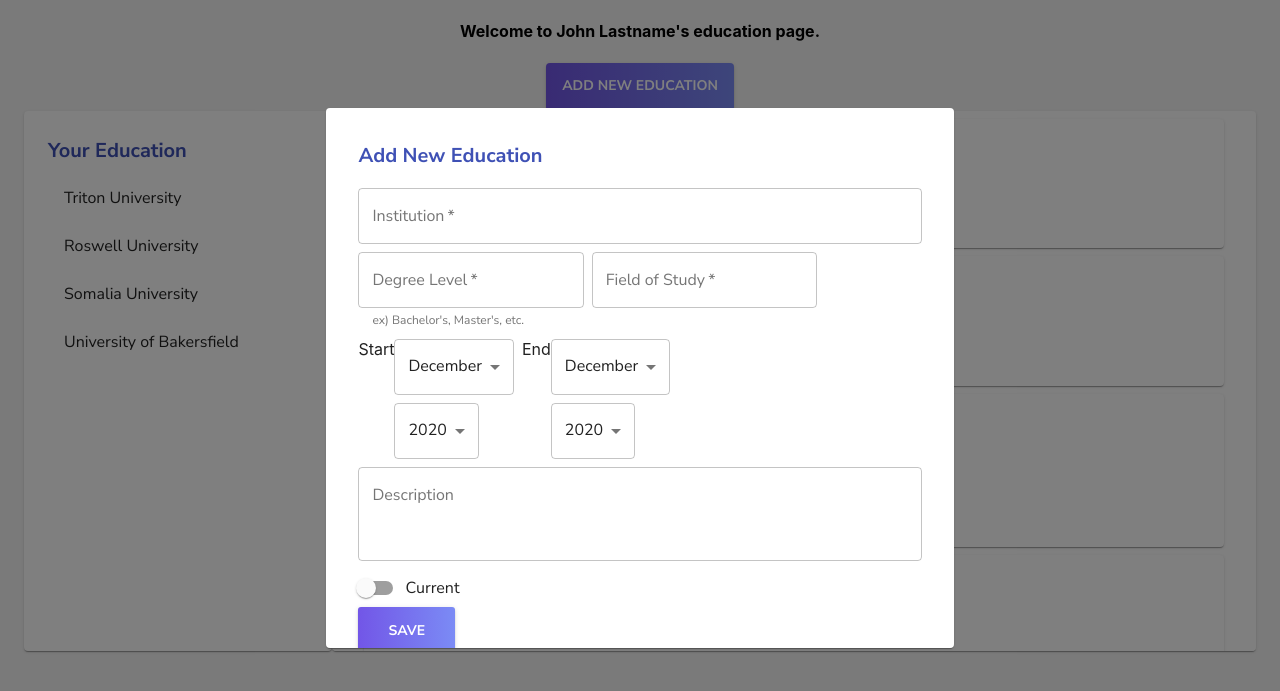
Repository: noellered/Showwcase-React-Challenge
Page: / (app in showwcase-education-react/), after clicking the first element matching `button.MuiButtonBase-root`
An editor plug-in stored every save of this project. The page is shown before and after the next save, followed by the edit.
The browser window is 1280 px wide. The pictures show the whole page.
The page's requests for data from a server got no answer. An inner scrolling area shows only its first screen. The project was rebuilt for these pictures with package versions that can differ from the ones it lists, and the page was loaded fresh each time. No one was signed in, and anything a server would have sent is missing. Also part of the build but not shown: showwcase-education-react/src/components/Home.tsx.

Above is the page before, as saved 2020-12-17 18:08:30.

### showwcase-education-react/public/index.html
<!DOCTYPE html>
<html lang="en">
  <head>
    <meta charset="utf-8" />
    <link rel="icon" href="%PUBLIC_URL%/favicon.ico" />
    <link rel="preconnect" href="https://fonts.gstatic.com">
    <link href="https://fonts.googleapis.com/css2?family=Nunito+Sans:ital,wght@0,400;0,700;1,400&display=swap" rel="stylesheet">


    <meta name="viewport" content="width=device-width, initial-scale=1" />
    <meta name="theme-color" content="#000000" />
    <meta
      name="description"
      content="Web site created using create-react-app"
    />
    <link rel="apple-touch-icon" href="%PUBLIC_URL%/logo192.png" />
    <!--
      manifest.json provides metadata used when your web app is installed on a
      user's mobile device or desktop. See https://developers.google.com/web/fundamentals/web-app-manifest/
    -->
    <link rel="manifest" href="%PUBLIC_URL%/manifest.json" />
    <!--
      Notice the use of %PUBLIC_URL% in the tags above.
      It will be replaced with the URL of the `public` folder during the build.
      Only files inside the `public` folder can be referenced from the HTML.

      Unlike "/favicon.ico" or "favicon.ico", "%PUBLIC_URL%/favicon.ico" will
      work correctly both with client-side routing and a non-root public URL.
      Learn how to configure a non-root public URL by running `npm run build`.
    -->
    <title>React App</title>
  </head>
  <body>
    <noscript>You need to enable JavaScript to run this app.</noscript>
    <div id="root"></div>
    <!--
      This HTML file is a template.
      If you open it directly in the browser, you will see an empty page.

      You can add webfonts, meta tags, or analytics to this file.
      The build step will place the bundled scripts into the <body> tag.

      To begin the development, run `npm start` or `yarn start`.
      To create a production bundle, use `npm run build` or `yarn build`.
    -->
  </body>
</html>

### showwcase-education-react/src/index.css
body {
  margin: 0;
  background: #F5F5F5;
  font-family: -apple-system, BlinkMacSystemFont, 'Segoe UI', 'Roboto', 'Oxygen',
    'Ubuntu', 'Cantarell', 'Fira Sans', 'Droid Sans', 'Helvetica Neue',
    sans-serif;
  -webkit-font-smoothing: antialiased;
  -moz-osx-font-smoothing: grayscale;
}

code {
  font-family: source-code-pro, Menlo, Monaco, Consolas, 'Courier New',
    monospace;
}

### showwcase-education-react/src/App.tsx
import React, {useState} from 'react';
import Home from './components/Home';
import Main from './components/Main';
import { MuiThemeProvider, createMuiTheme } from '@material-ui/core/styles';
import './App.css';

function App() {
  const theme = createMuiTheme({
    typography: {
        fontFamily: [
            'Nunito Sans',
            'sans-serif'
        ].join(','),
        h6: {
          fontWeight: 600
        },
        body1: {
          fontWeight: 400
        },
        subtitle1: {
          fontStyle: 'italic'
        },
        button: {
          fontWeight: 600
        }
    },
  })
  const [name, setName] = useState('John Lastname')

  return (
    <MuiThemeProvider theme={theme}>
      <div className="App">
        { name ? <Main name={name} /> : <Home setName={setName} /> }
      </div>
    </MuiThemeProvider>

  );
}

export default App;

### showwcase-education-react/src/components/Main.tsx
import React, {FunctionComponent, useState} from 'react';
import EducationSidebar from './education/EducationSidebar';
import EducationList from './education/EducationList';
import EducationModalContent from './education/EducationModalContent';
import Modal from '@material-ui/core/Modal';
import Backdrop from '@material-ui/core/Backdrop';
import Fade from '@material-ui/core/Fade';
import Paper from '@material-ui/core/Paper';
import Grid from '@material-ui/core/Grid';
import Container from '@material-ui/core/Container';
import Button from '@material-ui/core/Button';
import { pageStyles } from './pageStyles';

const Main:FunctionComponent<{name: string}> = ({name}) => {
    const classes = pageStyles();
    const [open, setOpen] = useState<boolean>(false);
    const [education, setEducation] = useState<object[]>([
        {
            degree: "MFA.",
            description: "",
            end: {month: 11, year: 2020},
            fieldOfStudy: "Being Cool",
            institution: "Triton University",
            start: {month: 11, year: 2020}
        },
        {
            degree: "M.Sc.",
            description: "",
            end: {month: 11, year: 2020},
            fieldOfStudy: "Biology of Aliens",
            institution: "Roswell University",
            start: {month: 11, year: 2020}
        },
        {
            degree: "B.S.",
            description: "I learned things, and stuff. Then I learned how to be a pirate. Arrrr, matey.",
            end: {month: 11, year: 2020},
            fieldOfStudy: "Pirate Studies",
            institution: "Somalia University",
            start: {month: 11, year: 2020}
        },
        {
            degree: "B.A.",
            description: "",
            end: {month: 11, year: 2020},
            fieldOfStudy: "Home Economics",
            institution: "University of Bakersfield",
            start: {month: 11, year: 2020}
        },
    ]);


    //Modal handlers

    const handleOpen = () => {
        setOpen(true);
    }

    const handleClose = () => {
        setOpen(false);
    }

    const handleEducationUpdate = (newEducation) => {
        setEducation(education => [newEducation, ...education]) //prepend new education item to education list
        handleClose();
    }

    return(
        <Container>
            <h4>Welcome to {name}'s education page.</h4>
            <Button
                className={classes.button}
                variant="contained"
                color="primary"
                type="button"
                onClick={handleOpen}
                >
                Add New Education
            </Button>
            <Grid container className={classes.container}>
                <Grid item xs={12} lg={3}>
                    <Paper className={classes.paper}>
                        <EducationSidebar list={education}/>
                    </Paper>
                </Grid>
                <Grid item xs={12} lg={9}>
                    <Paper className={classes.paper}>
                        <EducationList list={education}/>
                    </Paper>
                </Grid>
            </Grid>
            <Modal
                className={classes.modal}
                aria-labelledby="add-education"
                aria-describedby="add-education-modal"
                open={open}
                onClose={handleClose}
                closeAfterTransition
                BackdropComponent={Backdrop}
                BackdropProps={{
                timeout: 300,
                }}>
                <Fade in={open}>
                    <Paper className={`${classes.modal} ${classes.paper}`}>
                        <EducationModalContent handleUpdate={handleEducationUpdate}/>
                    </Paper>
                </Fade>
            </Modal>
        </Container>
    )
}

export default Main;

### showwcase-education-react/src/components/pageStyles.tsx
import { makeStyles } from '@material-ui/core/styles';

export const pageStyles = makeStyles({
    modal: {
        maxWidth: '70%',
        margin: 'auto',
        height: '70vh'
    },
    button: {
        backgroundImage: 'linear-gradient(90deg, rgba(114,86,231,1) 0%, rgba(123,139,245,1) 100%)',
        borderColor: '#0063cc',
        borderRadius: 3,
        color: 'white',
        height: 48,
        padding: '0 30px',
        '&:hover': {
            backgroundImage: 'linear-gradient(90deg, rgba(81,53,196,1) 0%, rgba(91,110,238,1) 100%)',
            borderColor: '#0062cc',
          },
    },
    container: {
        display: 'flex',
        justifyContent: 'space-between'
    },
    paper: {
        height: '75vh',
        overflow: 'auto',
        "&:focus": {
            outline: "none"
          }
    },
    sideBar: {
        marginRight: '2rem',
    }
})

### showwcase-education-react/src/components/education/EducationSidebar.tsx
import React, { FunctionComponent } from 'react';
import List from '@material-ui/core/List';
import ListItem from '@material-ui/core/ListItem';
import ListItemText from '@material-ui/core/ListItemText';
import Typography from '@material-ui/core/Typography';
import { useStyles } from './styles'

const EducationSidebar:FunctionComponent<{list: object[]}> = ({ list }) => {
    const classes = useStyles();
    return(
        <List className={classes.list}>
            <Typography variant="h6" color="primary" align="justify" gutterBottom>Your Education</Typography>
            { list.length > 0 ? list.map((item) =>
            <div>
                <ListItem className={classes.listItem} button>
                    <ListItemText >{item['institution']}</ListItemText>
                </ListItem>
            </div>
            )
            : <div>No education to display</div> }
        </List>
    )
}
export default EducationSidebar;

### showwcase-education-react/src/components/education/EducationList.tsx
import React, { FunctionComponent } from 'react';
import Card from '@material-ui/core/Card';
import { useStyles } from './styles';
import Typography from '@material-ui/core/Typography';
import Container from '@material-ui/core/Container';

const EducationList:FunctionComponent<{list: object[]}> = ({ list }) => {
    const classes = useStyles();
    return(
        <Container>
            { list.length > 0 ? list.map((item) =>
            <Card className={classes.educationCard}>
                <Typography align="justify" variant="h6" color="textPrimary">
                    {item['degree']} {item['fieldOfStudy']} @ {item['institution']}
                </Typography>
                <Typography variant="subtitle1" align="justify" color="textSecondary" gutterBottom>
                January {item['start']['year']} - December {item['end']['year']}
                </Typography>
                <Typography variant="body1" align="justify">
                    {item['description']}
                </Typography>
            </Card>) : <div>Nothing to display</div> }
        </Container>
    )
}
export default EducationList;

### showwcase-education-react/src/components/education/EducationModalContent.tsx
import React, { FunctionComponent, useEffect, useState } from 'react';
import Autocomplete, { AutocompleteRenderGroupParams } from '@material-ui/lab/Autocomplete';
import TextField from '@material-ui/core/TextField';
import Button from '@material-ui/core/Button';
import ListSubheader from '@material-ui/core/ListSubheader';
import { useTheme } from '@material-ui/core/styles';
import useMediaQuery from '@material-ui/core/useMediaQuery';
import Typography from '@material-ui/core/Typography';
import { VariableSizeList, ListChildComponentProps } from 'react-window';
import MonthPicker from '../pickers/MonthPicker';
import YearPicker from '../pickers/YearPicker';
import { useStyles } from './styles';
import Switch from '@material-ui/core/Switch';
import FormControlLabel from '@material-ui/core/FormControlLabel';


//Virtualize institution list for more efficient rendering performance

const LISTBOX_PADDING = 8; // px

function renderRow(props: ListChildComponentProps) {
  const { data, index, style } = props;
  return React.cloneElement(data[index], {
    style: {
      ...style,
      top: (style.top as number) + LISTBOX_PADDING,
    },
  });
}

const OuterElementContext = React.createContext({});

const OuterElementType = React.forwardRef<HTMLDivElement>((props, ref) => {
  const outerProps = React.useContext(OuterElementContext);
  return <div ref={ref} {...props} {...outerProps} />;
});

function useResetCache(data: any) {
    const ref = React.useRef<VariableSizeList>(null);
    React.useEffect(() => {
      if (ref.current != null) {
        ref.current.resetAfterIndex(0, true);
      }
    }, [data]);
    return ref;
  }


  // React-window adapter
  const ListboxComponent = React.forwardRef<HTMLDivElement>(function ListboxComponent(props, ref) {
    const { children, ...other } = props;
    const theme = useTheme();
    const itemData = React.Children.toArray(children);
    const smUp = useMediaQuery(theme.breakpoints.up('sm'), { noSsr: true });
    const itemCount = itemData.length;
    const itemSize = smUp ? 36 : 48;

    const getChildSize = (child: React.ReactNode) => {
      if (React.isValidElement(child) && child.type === ListSubheader) {
        return 48;
      }

      return itemSize;
    };

    const getHeight = () => {
      if (itemCount > 8) {
        return 8 * itemSize;
      }
      return itemData.map(getChildSize).reduce((a, b) => a + b, 0);
    };

    const gridRef = useResetCache(itemCount);

    return (
      <div ref={ref}>
        <OuterElementContext.Provider value={other}>
          <VariableSizeList
            itemData={itemData}
            height={getHeight() + 2 * LISTBOX_PADDING}
            width="100%"
            ref={gridRef}
            outerElementType={OuterElementType}
            innerElementType="ul"
            itemSize={(index) => getChildSize(itemData[index])}
            overscanCount={5}
            itemCount={itemCount}
          >
            {renderRow}
          </VariableSizeList>
        </OuterElementContext.Provider>
      </div>
    );
  });



//Add Education Modal Content
const EducationModalContent:FunctionComponent<{handleUpdate: any}>= ({ handleUpdate }) => {
    const classes = useStyles();
    const [institutionList, setInstitutionList] = useState<string[]>([]);
    const [institution, setInstitution] = useState<string>('');
    const [degree, setDegree] = useState<string>('');
    const [description, setDescription] = useState<string>('');
    const [fieldOfStudy, setFieldOfStudy] = useState<string>('');
    const [current, setCurrent] = useState<boolean>(false)
    const [start, setStart] = useState<{month: number, year: number}>({
        month: new Date().getMonth(),
        year: new Date().getFullYear()
    });
    const [end, setEnd] = useState({
        month: new Date().getMonth(),
        year: new Date().getFullYear()
    });



    const getInstitutions = () => {
        fetch(`http://universities.hipolabs.com/search`)
        .then((res: any) => res.json()
        .then((JSON) => setInstitutionList(JSON.map((item)=>item['name']))));
    }

    // Get institutions list on component mount
    useEffect( () => {
        getInstitutions()
    }, []);

    //Render group for visualized autocomplete component
    const renderGroup = (params: AutocompleteRenderGroupParams) => [
        <ListSubheader key={params.key} component="div">
          {params.group}
        </ListSubheader>,
        params.children,
    ];

    //Handle form submit
    const handleSubmit = (e: any) => {
        e.preventDefault();
        const newEducation = { institution, fieldOfStudy, degree, start, end, description, current }
        return handleUpdate(newEducation);
    }

    //Handle institution change for autocomplete component
    const handleInputChange = (e: React.ChangeEvent<{}>, value: string) => {
        setInstitution(value)
    }

    const handleSwitch = (e: React.ChangeEvent<HTMLInputElement>) => {
      setCurrent(e.target.checked);
    }



    return(
        <div className={classes.modalContent}>
            <Typography variant="h6" color="primary">Add New Education</Typography>
            <form onSubmit={handleSubmit}>
                <Autocomplete
                id="institutions-list"
                options={institutionList}
                freeSolo
                renderGroup={renderGroup}
                renderInput={(params)=>(
                    <TextField {...params} label="Institution" margin="normal" variant="outlined" required/>
                )}
                renderOption={(option) => <p>{option}</p>}
                ListboxComponent={ListboxComponent as React.ComponentType<React.HTMLAttributes<HTMLElement>>}
                disableListWrap
                autoSelect={true}
                onInputChange={handleInputChange}
                />
                <div className={classes.inputGroup}>
                  <TextField className={`${classes.input} ${classes.mr}`} label="Degree Level" helperText="ex) Bachelor's, Master's, etc." variant="outlined" onChange={(e)=> setDegree(e.target.value)} required/>
                  <TextField className={classes.input} label="Field of Study" variant="outlined" onChange={(e)=> setFieldOfStudy(e.target.value)} required/>
                </div>
                <div className={classes.inputGroup}>
                    <span className={classes.label}>Start</span>
                    <div>
                        <MonthPicker className={`${classes.input} ${classes.mr}`} id="startMonth" onChange={(e)=> setStart({...start, month: e.target.value})}/>
                        <YearPicker className={`${classes.input} ${classes.mr}`} id="startYear" onChange={(e)=> setStart({...start, year: e.target.value})}/>
                    </div>
                    <span className={classes.label}>End</span>
                    <div>
                        <MonthPicker className={`${classes.input} ${classes.mr}`} id="endMonth" onChange={(e)=> setEnd({...end, month: e.target.value})}/>
                        <YearPicker className={`${classes.input} ${classes.mr}`} id="endYear" onChange={(e)=> setEnd({...end, year: e.target.value})}/>
                    </div>
                </div>
                <TextField className={classes.input} multiline fullWidth rows={3} variant="outlined" label="Description" onChange={(e)=> setDescription(e.target.value)}/>

                <div className={classes.inputGroup}>
                <FormControlLabel
                      control={<Switch checked={current} onChange={handleSwitch} name="current" color="secondary"/>}
                      label="Current"
                />
                </div>

                <Button variant="contained" className={classes.button} color="primary" type="submit" >Save</Button>
            </form>
        </div>
    )
}
export default EducationModalContent;

### showwcase-education-react/src/components/education/styles.tsx
import { makeStyles } from '@material-ui/core/styles';

export const useStyles = makeStyles({
    button: {
        backgroundImage: 'linear-gradient(90deg, rgba(114,86,231,1) 0%, rgba(123,139,245,1) 100%)',
        borderColor: '#0063cc',
        borderRadius: 3,
        color: 'white',
        height: 48,
        padding: '0 30px',
        '&:hover': {
            backgroundImage: 'linear-gradient(90deg, rgba(81,53,196,1) 0%, rgba(91,110,238,1) 100%)',
            borderColor: '#0062cc',
          },
    },
    label: {
        display: 'block'
    },
    educationCard: {
        padding: '2rem',
        margin: '.5rem'
    },
    list: {
        padding: '1.5rem',
    },

    modalContent: {
        padding: '2rem',
    },
    listItem: {
        '&:active': {
            fontWeight: 600,
        }
    },
    input: {
        minWidth: '40%',
        marginBottom: '.5rem'
    },
    inputGroup: {
        display: 'flex',
        flexDirection: 'row',
        minWidth: '100%'
    },
    mr: {
        marginRight: '.5rem'
    }
})

### showwcase-education-react/src/components/pickers/MonthPicker.tsx
import React, { FunctionComponent, useState } from 'react';
import InputLabel from '@material-ui/core/InputLabel';
import MenuItem from '@material-ui/core/MenuItem';
import FormControl from '@material-ui/core/FormControl';
import TextField from '@material-ui/core/TextField';

interface MonthPickerProps {
    label?: string;
    id?: string;
    onChange?: any;
    className?: string;
}

const months = [
    { id: 0, name: 'January' },
    { id: 1, name: 'February' },
    { id: 2, name: 'March' },
    { id: 3, name: 'April' },
    { id: 4, name: 'May' },
    { id: 5, name: 'June' },
    { id: 6, name: 'July' },
    { id: 7, name: 'August' },
    { id: 8, name: 'September' },
    { id: 9, name: 'October' },
    { id: 10, name: 'November' },
    { id: 11, name: 'December' },
];

const MonthPicker:FunctionComponent<MonthPickerProps> = ({ label, id, className }) => {
    const [month, setMonth] = useState(new Date().getMonth())

   const handleChange = (e: any) => {
        e.preventDefault();
        setMonth(e.target.value);
   }

    return (
        <div>
            <FormControl>
                <TextField select helperText={label} id={id} value={month} onChange={handleChange} className={className} variant="outlined" required>
                { months.map((month) => <MenuItem value={month.id}>{month.name}</MenuItem>)}
                </TextField>
            </FormControl>
        </div>
    )
}

export default MonthPicker;

### showwcase-education-react/src/components/pickers/YearPicker.tsx
import React, { FunctionComponent, useState } from 'react';
import MenuItem from '@material-ui/core/MenuItem';
import FormControl from '@material-ui/core/FormControl';
import TextField from '@material-ui/core/TextField';

interface YearPickerProps {
    label?: string;
    id?: string;
    onChange?: any;
    className?: string;
}

const years:number[] = []

//Create year list
for(let y = (new Date().getFullYear() + 10); y >= 1950; y--){
    years.push(y)
}

const YearPicker:FunctionComponent<YearPickerProps> = React.memo(({ label, id, className }) => {
    const [year, setYear] = useState(new Date().getFullYear())

   const handleChange = (e: any) => {
        e.preventDefault();
        setYear(e.target.value);
   }

    return (
        <div>
            <FormControl>
                <TextField select  helperText={label} id={id} value={year} onChange={handleChange} className={className} variant="outlined" required>
                { years.map((year) => <MenuItem value={year}>{year}</MenuItem>)}
                </TextField>
            </FormControl>
        </div>
    )
})

export default YearPicker;

Loaded but not shown: showwcase-education-react/src/index.tsx (common file); showwcase-education-react/src/reportWebVitals.ts (common file); showwcase-education-react/src/App.css (common file)

After the next save:
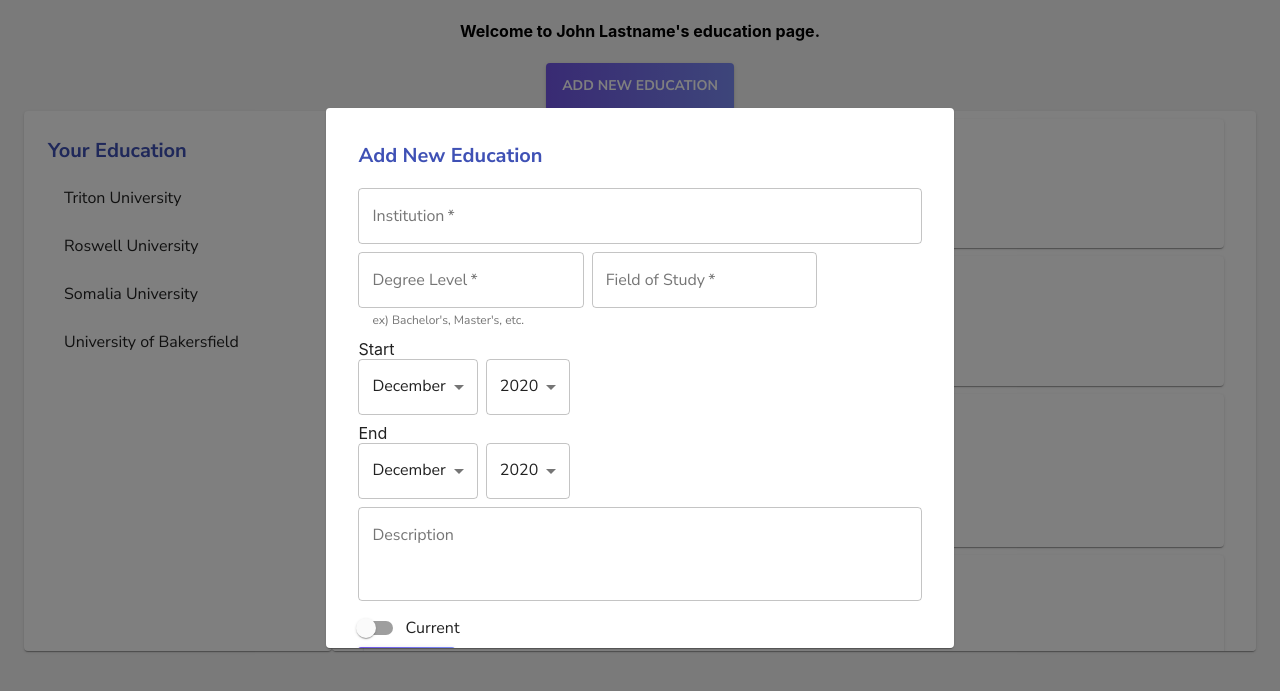
Saved 13 s later.
--- a/showwcase-education-react/src/components/education/EducationModalContent.tsx
+++ b/showwcase-education-react/src/components/education/EducationModalContent.tsx
@@ -174,17 +174,15 @@ const EducationModalContent:FunctionComponent<{handleUpdate: any}>= ({ handleUpd
                   <TextField className={`${classes.input} ${classes.mr}`} label="Degree Level" helperText="ex) Bachelor's, Master's, etc." variant="outlined" onChange={(e)=> setDegree(e.target.value)} required/>
                   <TextField className={classes.input} label="Field of Study" variant="outlined" onChange={(e)=> setFieldOfStudy(e.target.value)} required/>
                 </div>
-                <div className={classes.inputGroup}>
-                    <span className={classes.label}>Start</span>
-                    <div>
-                        <MonthPicker className={`${classes.input} ${classes.mr}`} id="startMonth" onChange={(e)=> setStart({...start, month: e.target.value})}/>
-                        <YearPicker className={`${classes.input} ${classes.mr}`} id="startYear" onChange={(e)=> setStart({...start, year: e.target.value})}/>
-                    </div>
-                    <span className={classes.label}>End</span>
-                    <div>
-                        <MonthPicker className={`${classes.input} ${classes.mr}`} id="endMonth" onChange={(e)=> setEnd({...end, month: e.target.value})}/>
-                        <YearPicker className={`${classes.input} ${classes.mr}`} id="endYear" onChange={(e)=> setEnd({...end, year: e.target.value})}/>
-                    </div>
+                <span className={classes.label}>Start</span>
+                <div className={classes.inputGroup}>
+                    <MonthPicker className={`${classes.input} ${classes.mr}`} id="startMonth" onChange={(e)=> setStart({...start, month: e.target.value})}/>
+                    <YearPicker className={`${classes.input} ${classes.mr}`} id="startYear" onChange={(e)=> setStart({...start, year: e.target.value})}/>
+                </div>
+                <span className={classes.label}>End</span>
+                <div className={classes.inputGroup}>
+                    <MonthPicker className={`${classes.input} ${classes.mr}`} id="endMonth" onChange={(e)=> setEnd({...end, month: e.target.value})}/>
+                    <YearPicker className={`${classes.input} ${classes.mr}`} id="endYear" onChange={(e)=> setEnd({...end, year: e.target.value})}/>
                 </div>
                 <TextField className={classes.input} multiline fullWidth rows={3} variant="outlined" label="Description" onChange={(e)=> setDescription(e.target.value)}/>
 
